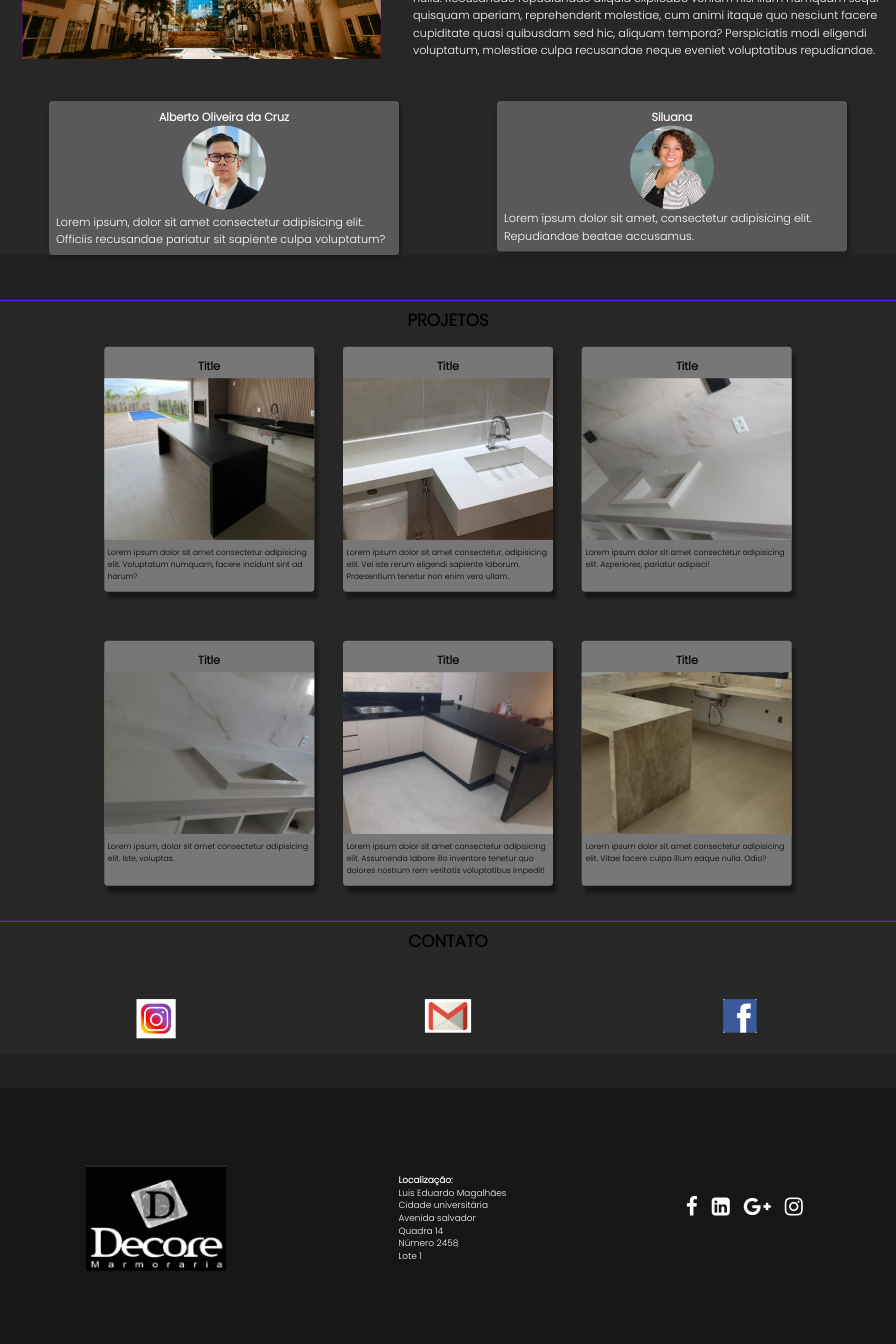
Repository: XFERRER7/projeto-xt7
Page: projetoMarmoraria/index.html
An editor plug-in stored every save of this project. The page is shown before and after a run of saves, followed by the edit.
The browser window is 1280 px wide. The pictures show the part of the page from y = 1035 to 2955 px (the page is 2979 px tall), at 70% of full size.
Some web libraries are served in a nearby version.

Above is the page before, as saved 2022-05-09 18:14:39.

### projetoMarmoraria/index.html
<!DOCTYPE html>
<html lang="pt-br">

<head>
  <meta charset="UTF-8">
  <meta http-equiv="X-UA-Compatible" content="IE=edge">
  <meta name="viewport" content="width=device-width, initial-scale=1.0">
  <title>Marmoraria Decore</title>
  <link rel="stylesheet" href="css/style.css">
  <link rel="stylesheet" href="https://cdnjs.cloudflare.com/ajax/libs/font-awesome/6.1.1/css/all.min.css"
    integrity="sha512-KfkfwYDsLkIlwQp6LFnl8zNdLGxu9YAA1QvwINks4PhcElQSvqcyVLLD9aMhXd13uQjoXtEKNosOWaZqXgel0g=="
    crossorigin="anonymous" referrerpolicy="no-referrer" />
  <link rel="stylesheet" href="https://cdnjs.cloudflare.com/ajax/libs/font-awesome/6.1.1/css/solid.min.css"
    integrity="sha512-qzgHTQ60z8RJitD5a28/c47in6WlHGuyRvMusdnuWWBB6fZ0DWG/KyfchGSBlLVeqAz+1LzNq+gGZkCSHnSd3g=="
    crossorigin="anonymous" referrerpolicy="no-referrer" />
  <link rel="stylesheet" href="https://cdnjs.cloudflare.com/ajax/libs/font-awesome/4.7.0/css/font-awesome.min.css" />

</head>

<body>

  <!-- ----------------------------------------------------------------------------------------------------------------- -->


  <!-- HEADER -->
  <header>
    <nav>
      <a class="logo" href="#">MARMORARIA <span id="decore">DECORE</span></a>
      <div class="mobile-menu">
        <div class="line1"></div>
        <div class="line2"></div>
        <div class="line3"></div>
      </div>
      <ul class="nav-list">
        <li><a href="#">Início</a></li>
        <li><a href="#">Sobre</a></li>
        <li><a href="#">Projetos</a></li>
        <li><a href="#">Contato</a></li>
      </ul>
    </nav>
    <div class="hero-section">
      <div class="hero-section-text">
        <h1 id="titulo-header">MARMORES SOB MEDIDA</h1>
        <p id="paragrafo-header">Lorem ipsum, dolor sit amet consectetur adipisicing elit.</p>
      </div>
    </div>
  </header>
  <!-- FIM DO HEADER -->


  <!-- ----------------------------------------------------------------------------------------------------------------- -->


  <!-- MAIN -->
  <main>

    <!-- SECTION B -->
    <section class="section-b">
      <h1 id="section-b-h1">SOBRE</h1>


      <!-- SOBRE PARA CELULAR -->
      <div class="cel">
        <div class="card" id="card-1"></div>
        <p class="text-sobre">Lorem ipsum dolor sit amet consectetur adipisicing elit. Aspernatur maxime illo architecto
          repellendus. Voluptatum ab magnam nihil suscipit, error quod iste dicta, quisquam fugiat, veritatis veniam
          aspernatur modi! Commodi aut officia optio reprehenderit hic sunt aspernatur ipsam minus, dicta qui omnis,
          ratione voluptatem quas sint labore. Temporibus id distinctio asperiores natus omnis earum amet. Obcaecati
          atque, a placeat necessitatibus dolorum labore rerum veritatis adipisci unde itaque iusto, voluptate quis
          tenetur voluptatibus doloremque at voluptates commodi! Ex recusandae repellat iste modi sapiente? Minus, ullam
          ad quia pariatur delectus quaerat velit sit labore aspernatur consequuntur possimus ipsum ipsam, vero ea
          expedita in sequi? Consequuntur iusto repellendus minus hic velit eum, veritatis molestias, sequi, laborum
          nisi consequatur. Dolore, amet placeat. Molestias molestiae aperiam soluta voluptatum odit voluptatem atque,
          repellendus asperiores maiores libero. Nulla odio alias reiciendis dolore cum deleniti beatae autem molestias
          earum minima accusamus nesciunt nostrum quos fugiat cupiditate molestiae, veniam doloremque.</p>
      </div>


      <!-- SOBRE PARA TELAS MAIORES -->
      <div class="imgtext">
        <div id="imgtext-img">
          <div id="content-imgtext-img"></div>
        </div>
        <div id="imgtext-text">
          <div id="content-imgtext-text">
            <p id="content-imgtext-text-p">Lorem ipsum dolor sit amet consectetur adipisicing elit. Odio non, itaque
              quae ut voluptas culpa quod amet dignissimos repellat consequuntur atque enim, nobis, commodi rerum. Quae
              iste repellat voluptatibus dignissimos numquam magnam et vel ratione temporibus, esse nihil eveniet a
              aperiam saepe enim debitis provident! Iure a accusantium voluptate doloribus, velit qui eum porro dicta
              ipsam quos facilis, id officiis molestiae est atque tempora, provident itaque explicabo voluptatem fugiat
              neque inventore eligendi. Reprehenderit fugit quod ratione fugiat inventore facere possimus fuga maiores
              recusandae, illum quaerat dolorum unde ipsa dolore asperiores alias nemo temporibus porro quam autem
              voluptate cumque velit optio nulla. Recusandae repudiandae aliquid explicabo veniam nisi illum numquam
              sequi quisquam aperiam, reprehenderit molestiae, cum animi itaque quo nesciunt facere cupiditate quasi
              quibusdam sed hic, aliquam tempora? Perspiciatis modi eligendi voluptatum, molestiae culpa recusandae
              neque eveniet voluptatibus repudiandae.</p>
          </div>
        </div>

      </div>

      <div class="container-about-person">

        <div class="about-person">
          <h4>Alberto Oliveira da Cruz</h4>
          <div class="img-person" id="person-1"></div>
          <p class="p-about-person">Lorem ipsum, dolor sit amet consectetur adipisicing elit. Officiis recusandae
            pariatur sit sapiente culpa voluptatum?</p>
        </div>

        <div class="about-person">
          <h4>Siluana</h4>
          <div class="img-person" id="person-2"></div>
          <p>Lorem ipsum dolor sit amet, consectetur adipisicing elit. Repudiandae beatae accusamus.</p>
        </div>

      </div>
    </section>


    <div class="divisa"></div>


    <!-- SECTION A -->
    <section class="section-a">
      <h1 id="section-a-h1">PROJETOS</h1>

      <!-- Container dos cards -->
      <div class="container-cards-main">

        <!-- Card 1 -->
        <div class="card-main">
          <h4 class="title-card">Title</h4>
          <div id="card-img-1"></div>
          <p class="descricao-card">Lorem ipsum dolor sit amet consectetur adipisicing elit. Voluptatum numquam, facere
            incidunt sint ad harum?</p>
        </div>

        <!-- Card 2 -->
        <div class="card-main">
          <h4 class="title-card">Title</h4>
          <div id="card-img-2"></div>
          <p class="descricao-card">Lorem ipsum dolor sit amet consectetur, adipisicing elit. Vel iste rerum eligendi
            sapiente laborum. Praesentium tenetur non enim vero ullam.</p>
        </div>

        <!-- Card 3 -->
        <div class="card-main">
          <h4 class="title-card">Title</h4>
          <div id="card-img-3"></div>
          <p class="descricao-card">Lorem ipsum dolor sit amet consectetur adipisicing elit. Asperiores, pariatur
            adipisci!</p>
        </div>

        <!-- Card 4 -->
        <div class="card-main">
          <h4 class="title-card">Title</h4>
          <div id="card-img-4"></div>
          <p class="descricao-card">Lorem ipsum, dolor sit amet consectetur adipisicing elit. Iste, voluptas.</p>
        </div>

        <!-- Card 5 -->
        <div class="card-main">
          <h4 class="title-card">Title</h4>
          <div id="card-img-5"></div>
          <p class="descricao-card">Lorem ipsum dolor sit amet consectetur adipisicing elit. Assumenda labore illo
            inventore tenetur quo dolores nostrum rem veritatis voluptatibus impedit!</p>
        </div>

        <!-- Card 6 -->
        <div class="card-main">
          <h4 class="title-card">Title</h4>
          <div id="card-img-6"></div>
          <p class="descricao-card">Lorem ipsum dolor sit amet consectetur adipisicing elit. Vitae facere culpa illum
            eaque nulla. Odio?</p>
        </div>
      </div>
    </section>



    <div class="divisa"></div>


    <!-- SECTION C -->
    <section class="section-c">
      <h1 id="section-c-h1">CONTATO</h1>
      <div id="main-div-img">
        <a href="#" target="_blank" class="media"><img src="img/logo-instagram.jpg" alt="insta-img" class="div-img"></a>
        <a href="#" target="_blank" class="media"><img src="img/logo-gmail.jpg" alt="gmail-img" class="div-img"></a>
        <a href="#" target="_blank" class="media"><img src="img/logo-facebook.png" alt="face-img" class="div-img"
            id="img-face"></a>
      </div>
    </section>

  </main>
  <!-- FIM DO MAIN -->

  <!-- ----------------------------------------------------------------------------------------------------------------- -->

  <footer>
    <div class="container-footer">

      <div class="footer-up">
        <div class="footer-a block-footer-up">
          <div id="img-footer"></div>
        </div>
        <div class="footer-b block-footer-up">
          <h4>Localização:</h4>
          <p class="footer-b-p">Luis Eduardo Magalhães</p>
          <p class="footer-b-p">Cidade universitária</p>
          <p class="footer-b-p">Avenida salvador</p>
          <p class="footer-b-p">Quadra 14</p>
          <p class="footer-b-p">Número 2458</p>
          <p class="footer-b-p">Lote 1</p>
        </div>
        <div class="footer-c block-footer-up">
          <ul class="footer-c-list">
            <li><a href="#" class="medias"><i class="fa fa-facebook"></i></a></li>
            <li><a href="#" class="medias"><i class="fa fa-linkedin-square"></i></a></li>
            <li><a href="#" class="medias"><i class="fa fa-google-plus"></i></a></li>
            <li><a href="#" class="medias"><i class="fa fa-instagram"></i></a></li>
        </ul>
        </div>
      </div>

      <div id="footer-sub">
        <p>Copyright &copy; Desenvolvido por <span>Alexandre Talles</span></p>
      </div>






    </div>
  </footer>
  <script src="js/menu-bar.js"></script>
  <script src="js/changeText.js"></script>

</body>

</html>

### projetoMarmoraria/css/style.css
@import url('https://fonts.googleapis.com/css2?family=Poppins:ital,wght@0,300;1,100&display=swap');
@import url('https://fonts.googleapis.com/css2?family=Barlow:ital,wght@1,500&display=swap');

* {
  margin: 0;
  padding: 0;
  box-sizing: border-box;
  font-family: 'Poppins', sans-serif;
}

body {
  background-color: #202020;
}

::-webkit-scrollbar {
  width: 15px;
}

::-webkit-scrollbar-track {
  background: #000000;

}

::-webkit-scrollbar-thumb {
  background: rgb(154, 2, 255);
  border-radius: 3px;
}

/*----------------------------------MENU-BAR----------------------------------*/
nav a {
  color: rgb(37, 37, 37);
  text-decoration: none;
  transition: 0.8s;
}

nav a:hover {
  color: blue;
  opacity: 0.7;
}

.logo {
  font-size: 1.5em;
  text-transform: uppercase;
  color: rgb(26, 26, 26);
}

#decore {
  font-family: 'Barlow', sans-serif;
  color: #6817ff;
}

nav {
  display: flex;
  justify-content: space-around;
  align-items: center;
  font-family: 'Poppins', sans-serif;
  background: #ededed;
  height: 10vh;
  position: sticky;
  top: 0;
}


.nav-list {
  list-style: none;
  display: flex;
}

.nav-list li {
  letter-spacing: 3px;
  margin-left: 32px;
}

.mobile-menu {
  display: none;
  cursor: pointer;
}

.mobile-menu div {
  width: 32px;
  height: 2px;
  background: rgb(20, 24, 255);
  margin: 8px;
  transition: 0.3s;
}

@media (max-width: 999px) {
  body {
    overflow-x: hidden;
  }

  .nav-list {
    overflow-x: hidden;
    position: fixed;
    top: 10vh;
    right: 0;
    width: 50vw;
    height: 40vh;
    background: #ededed;
    flex-direction: column;
    align-items: center;
    justify-content: space-around;
    transform: translateX(100%);
    transition: transform 0.3s ease-in;
  }

  .nav-list li {
    margin-left: 0;
    opacity: 0;
  }

  .mobile-menu {
    display: block;
  }
}

@media (max-width: 300px) {
  .logo {
    font-size: 0.8rem;
  }
}

.nav-list.active {
  transform: translateX(0);
}

@keyframes navLinkFade {
  from {
    opacity: 0;
    transform: translateX(50px);
  }

  to {
    opacity: 1;
    transform: translateX(0);
  }
}

.mobile-menu.active .line1 {
  transform: rotate(-45deg) translate(-8px, 8px);
}

.mobile-menu.active .line2 {
  opacity: 0;
}

.mobile-menu.active .line3 {
  transform: rotate(45deg) translate(-5px, -7px);
}

/*------------------------------IMAGEM DO HEADER------------------------------*/
.hero-section {
  background-image: linear-gradient(to bottom, rgba(0, 0, 0, 0.516), rgba(0, 0, 0, 0.516)), url(../img/img-header.jpg);
  background-position: 50%;
  background-repeat: no-repeat;
  background-size: cover;
  height: 90vh;
  text-align: center;
  display: -webkit-flex;
  display: -ms-flexbox;
  display: flex;
  -webkit-align-items: center;
  -ms-flex-align: center;
  align-items: center;
  -webkit-justify-content: center;
  -ms-flex-pack: center;
  justify-content: center;
}

#titulo-header {
  font-size: 2.3rem;
}

#paragrafo-header {
  font-size: 0.8rem;
}

.hero-section .hero-section-text {
  color: #fefefe;
  text-shadow: 1px 1px 2px #0a0a0a;
}


main {
  margin: 0;
  padding: 0;
  width: 100%;
}

/*------------------------------------Sobre------------------------------------*/

.section-b {
  background-color: #272727;
  color: #ffffff;
  margin-bottom: 5%;
}

#section-b-h1 {
  text-align: center;
  padding-top: 10px;
}

.imgtext {
  display: flex;
  margin-top: 10px;
  margin-bottom: 10px;
  height: 55%;
  margin-top: 30px;
}

#imgtext-img {
  width: 50%;
}

#imgtext-text {
  height: 100%;
  width: 50%;

}

#content-imgtext-img {
  background-color: #cd06ff;
  background-image: url(../img/img-sobre.jpg);
  background-position: center;
  background-repeat: no-repeat;
  background-size: cover;
  height: 100%;
  width: 80%;
  margin-left: 5%;
}

#content-imgtext-text {
  margin-left: -50px;
}



@media (max-width: 999px) {

  .imgtext {
    display: none;
  }

  div.card {
    width: 90%;
    height: 250px;
    background-color: #000000;
    margin: 10px 20px 0px 0px;
    background-size: cover;
    background-position: center center;
    border-radius: 5px;
  }

  div.card:hover {
    transform: scale(1.05);
    transition: all 0.5s ease-in-out;
  }

  #card-1 {
    background-image: url(../img/img-sobre.jpg);
    margin-left: 20px;
  }

  .text-sobre {
    padding: 1.2rem;
    margin: auto;
  }


}

@media (min-width: 999px) {
  .card {
    display: none;
  }

  .cel {
    display: none;
  }

}

.divisa {
  height: 2px;
  background-color: #6817ff;
}

.container-about-person {
  display: flex;
  flex-wrap: wrap;
  margin-top: 45px;
}

.about-person {
  background-color: #a1a1a169;
  box-shadow: 2px 2px 8px rgba(0, 0, 0, 0.438);
  border-radius: 5px;
  min-height: 200px;
  width: 500px;
  margin: auto;
  display: flex;
  align-items: center;
  justify-content: center;
  flex-direction: column;
  padding: 10px;
  margin-top: 15px;
}

.img-person {
  background-position: center top;
  background-repeat: no-repeat;
  background-size: cover;
  border-radius: 50%;
  width: 120px;
  height: 120px;
}

.p-about-person {
  margin-top: 5px;
}

/*Arrumar img-person*/

#person-1 {
  background-image: url(../img/ceo-1.jpg);
}

#person-2 {
  background-image: url(../img/ceo-2.jpg);
  background-position: center;
}

/*------------------------------Projetos------------------------------*/

.section-a {
  background-color: #272727;
}

#section-a-h1 {
  text-align: center;
  padding-top: 10px;
}

.container-cards-main {
  width: 80%;
  margin: auto;
  display: flex;
  flex-wrap: wrap;
}

.card-main {
  height: 350px;
  background-color: #cfcfcf7a;
  width: 300px;
  margin: 20px auto;
  margin-bottom: 50px;
  border-radius: 5px;
  padding: 10px 0px 10px 0px;
  box-shadow: 5px 10px 5px rgba(0, 0, 0, 0.404);
  transition: all 0.8s ease;

}

.card-main:hover {
  transform: scale(1.03);
}


.title-card {
  padding: 5px;
  text-align: center;
}

.descricao-card {
  padding: 10px 5px 10px 5px;
  font-size: 0.7rem;

}

#card-img-1 {
  height: 70%;
  background-image: url(../img/1.jpeg);
  background-position: center center;
  background-repeat: no-repeat;
  background-size: cover;
}

#card-img-2 {
  height: 70%;
  background-image: url(../img/2.jpeg);
  background-position: center center;
  background-repeat: no-repeat;
  background-size: cover;
}

#card-img-3 {
  height: 70%;
  background-image: url(../img/3.jpeg);
  background-position: center center;
  background-repeat: no-repeat;
  background-size: cover;
}

#card-img-4 {
  height: 70%;
  background-image: url(../img/4.jpeg);
  background-position: bottom center;
  background-repeat: no-repeat;
  background-size: cover;
}

#card-img-5 {
  height: 70%;
  background-image: url(../img/5.jpeg);
  background-position: center center;
  background-repeat: no-repeat;
  background-size: cover;
}

#card-img-6 {
  height: 70%;
  background-image: url(../img/6.jpeg);
  background-position: center center;
  background-repeat: no-repeat;
  background-size: cover;
}

@media (max-width: 999px) {
  .card-main {
    height: 450px;
    width: 400px;


  }

}

/*-----------------------------------Contato-----------------------------------*/

.section-c {
  background-color: #272727;

}

#section-c-h1 {
  text-align: center;
  padding-top: 10px;
  margin-bottom: 50px;
}

#main-div-img {
  display: grid;
  grid-template-columns: repeat(3, 1fr);
  justify-items: center;
  padding: 15px;
  margin-bottom: 50px;
}

.div-img {
  display: inline-block;
  width: 25%;
  text-align: center;
}

.div-linha {
  height: 2px;
  width: 100%;
}

.media {
  text-align: center;
}

/*-----------------------------------Footer-----------------------------------*/

.container-footer {
  background-color: #0a0a0a;
  color: #fff;
  font-size: 0.8rem;
  display: flex;
  align-items: center;
  justify-content: center;
  flex-direction: column;
}

.footer-up {
  background-color: #161616;
  height: 98%;
  width: 100%;
  display: flex;
  align-items: center;
  flex-direction: row;
}

.block-footer-up {
  padding: 10px;
  margin: 100px auto;
}

#footer-sub {
  background-color: #6817ff;
  width: 100%;
  text-align: center;
}

#img-footer {
  background-image: url(../img/img-footer.jpeg);
  background-repeat: no-repeat;
  background-position: center;
  background-size: cover;
  height: 150px;
  width: 200px;
}

.footer-c-list {
  list-style: none;
  display: flex;
  align-items: center;
  justify-content: center;
  margin: 1rem 0 3rem 0;
}

.footer-c-list li {
  margin: 0 10px;
}

.footer-c-list a {
  color: #ffffff;
  text-decoration: none;
}

.footer-c-list a:hover i {
  color: #f01872;
  transition: 0.5s ease;
}

.medias {
  font-size: 30px;
}

@media (max-width: 999px) {
  .footer-up {
    flex-direction: column;
  }

  .block-footer-up {
    padding: 10px;
    margin: 10px auto;
  }

}

### projetoMarmoraria/js/menu-bar.js
class MobileNavbar {
  constructor(mobileMenu, navList, navLinks) {
    this.mobileMenu = document.querySelector(mobileMenu);
    this.navList = document.querySelector(navList);
    this.navLinks = document.querySelectorAll(navLinks);
    this.activeClass = "active";

    this.handleClick = this.handleClick.bind(this);
  }

  animateLinks() {
    this.navLinks.forEach((link, index) => {
      link.style.animation
        ? (link.style.animation = "")
        : (link.style.animation = `navLinkFade 0.5s ease forwards ${
            index / 7 + 0.3
          }s`);
    });
  }

  handleClick() {
    this.navList.classList.toggle(this.activeClass);
    this.mobileMenu.classList.toggle(this.activeClass);
    this.animateLinks();
  }

  addClickEvent() {
    this.mobileMenu.addEventListener("click", this.handleClick);
  }

  init() {
    if (this.mobileMenu) {
      this.addClickEvent();
    }
    return this;
  }
}

const mobileNavbar = new MobileNavbar(
  ".mobile-menu",
  ".nav-list",
  ".nav-list li",
);
mobileNavbar.init();

### projetoMarmoraria/js/changeText.js
function mudarTextoLbl1() {
  document.getElementById('descricao').textContent = "Lorem ipsum dolor sit amet consectetur adipisicing elit. Hic, nisi exercitationem harum officia facilis nihil vitae eligendi provident architecto quis quod unde quas incidunt assumenda corporis iste repudiandae esse voluptatibus?";
}
function mudarTextoLbl2() {
  document.getElementById('descricao').textContent = "Lorem ipsum dolor sit, amet consectetur adipisicing elit. Sapiente distinctio ipsa incidunt non exercitationem laboriosam animi id accusamus placeat, commodi, veniam rerum ut! Fugiat tenetur unde nihil minima fuga veniam odio nulla pariatur eum reiciendis.";
}
function mudarTextoLbl3() {
  document.getElementById('descricao').textContent = "Lorem ipsum dolor sit amet consectetur adipisicing elit. Quas nisi saepe nobis? Maxime blanditiis illo animi tempora maiores expedita qui eum, iusto, ratione odit quia repellendus delectus voluptate nobis nam tenetur, officiis magnam quisquam fugiat dicta nisi id natus. Magnam.";
}
function mudarTextoLbl4() {
  document.getElementById('descricao').textContent = "Lorem ipsum dolor sit amet, consectetur adipisicing elit. Quos eius dolor libero iste impedit nesciunt animi totam corporis id quod.";
}
function mudarTextoLbl5() {
  document.getElementById('descricao').textContent = "Lorem ipsum dolor sit amet, consectetur adipisicing elit. Obcaecati nulla quos quia? Consectetur laudantium illum asperiores excepturi. Itaque ab, rem tempore ullam, fugit aspernatur est alias quaerat expedita nulla, unde recusandae dolore quidem reiciendis atque?";
}

After the next 2 saves:
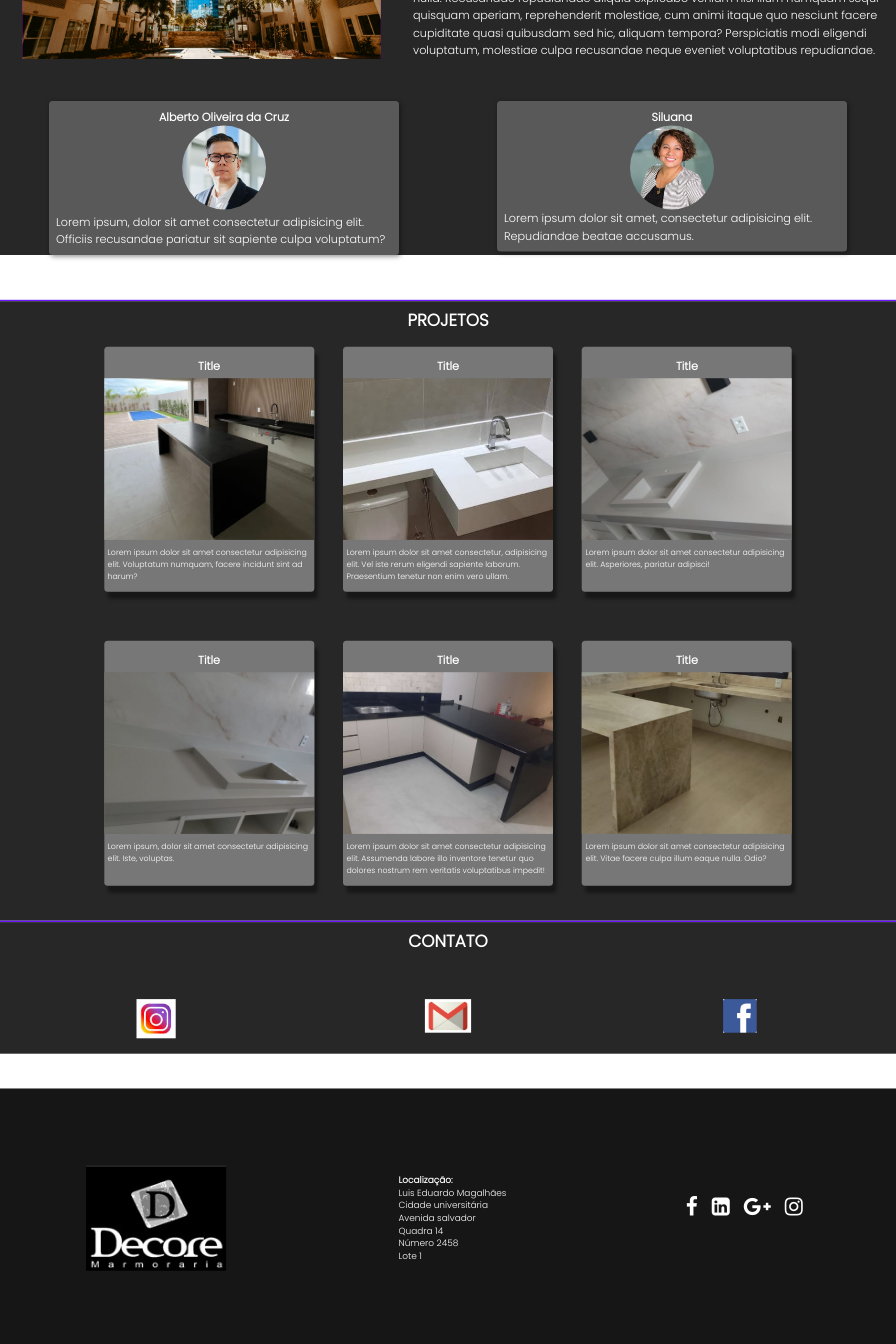
The 2 saves are shown as one change because they came seconds apart.
The last was saved 12 s later.
--- a/projetoMarmoraria/css/style.css
+++ b/projetoMarmoraria/css/style.css
@@ -9,7 +9,7 @@
 }
 
 body {
-  background-color: #202020;
+  color: #ffffff;
 }
 
 ::-webkit-scrollbar {
